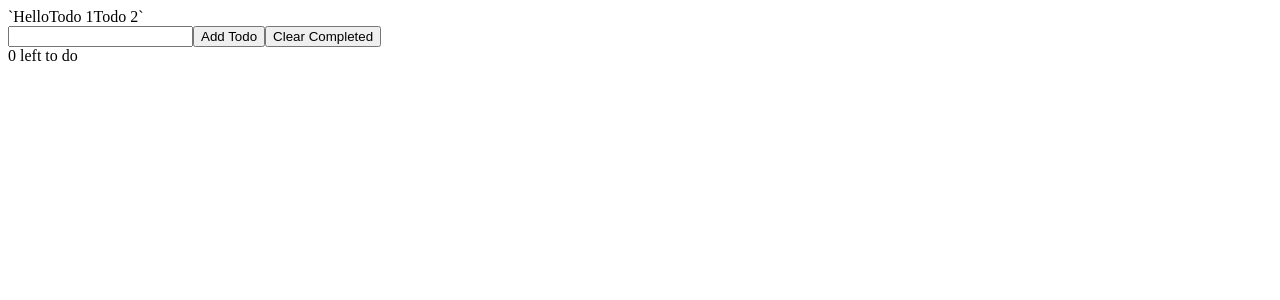
Repository: Hyperion72R/React-concepts
Page: /
These files come from the project's save history. The page is drawn as it stood at one moment and after a run of saves; the edit follows.
The browser window is 1280 px wide. The pictures show the whole page.
The project was rebuilt for these pictures with package versions that can differ from the ones it lists, and the page was loaded fresh each time.

Above is the page before, as saved 2021-07-14 23:07:46.

### src/App.js
import React, { useState } from "react";
import TodoList from "./TodoList";

function App() {
  const [todos, setTodos] = useState(["Todo 1", "Todo 2"]);
  return (
    <>
      <TodoList todoList={todos} />
      <input type="text" />
      <button>Add Todo</button>
      <button>Clear Completed</button>
      <div>0 left to do</div>
    </>
  );
}

export default App;

### src/TodoList.js
import React from "react";

export default function TodoList({ todoList }) {
  return <div>`Hello{todoList}`</div>;
}

Loaded but not shown: public/index.html (common file); src/index.js (common file)

After the next 2 saves:
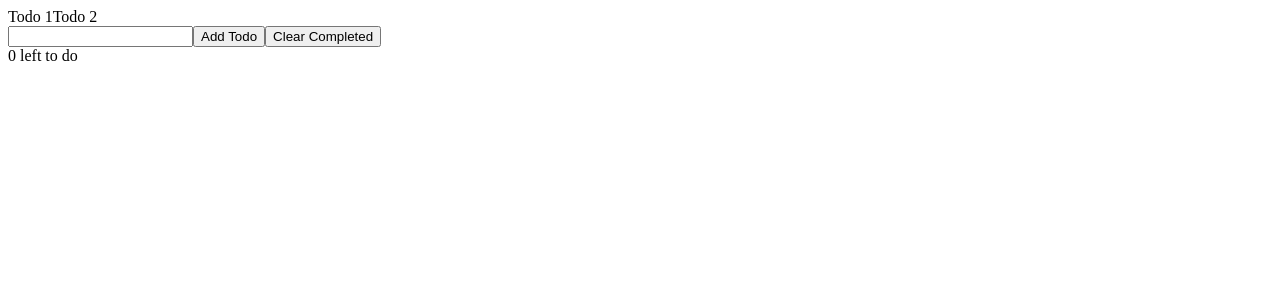
The 2 saves are shown as one change because they came seconds apart.
The last was saved 9 s later.
--- a/src/TodoList.js
+++ b/src/TodoList.js
@@ -1,5 +1,5 @@
 import React from "react";
 
 export default function TodoList({ todoList }) {
-  return <div>`Hello{todoList}`</div>;
+  return <div>{todoList}</div>;
 }
